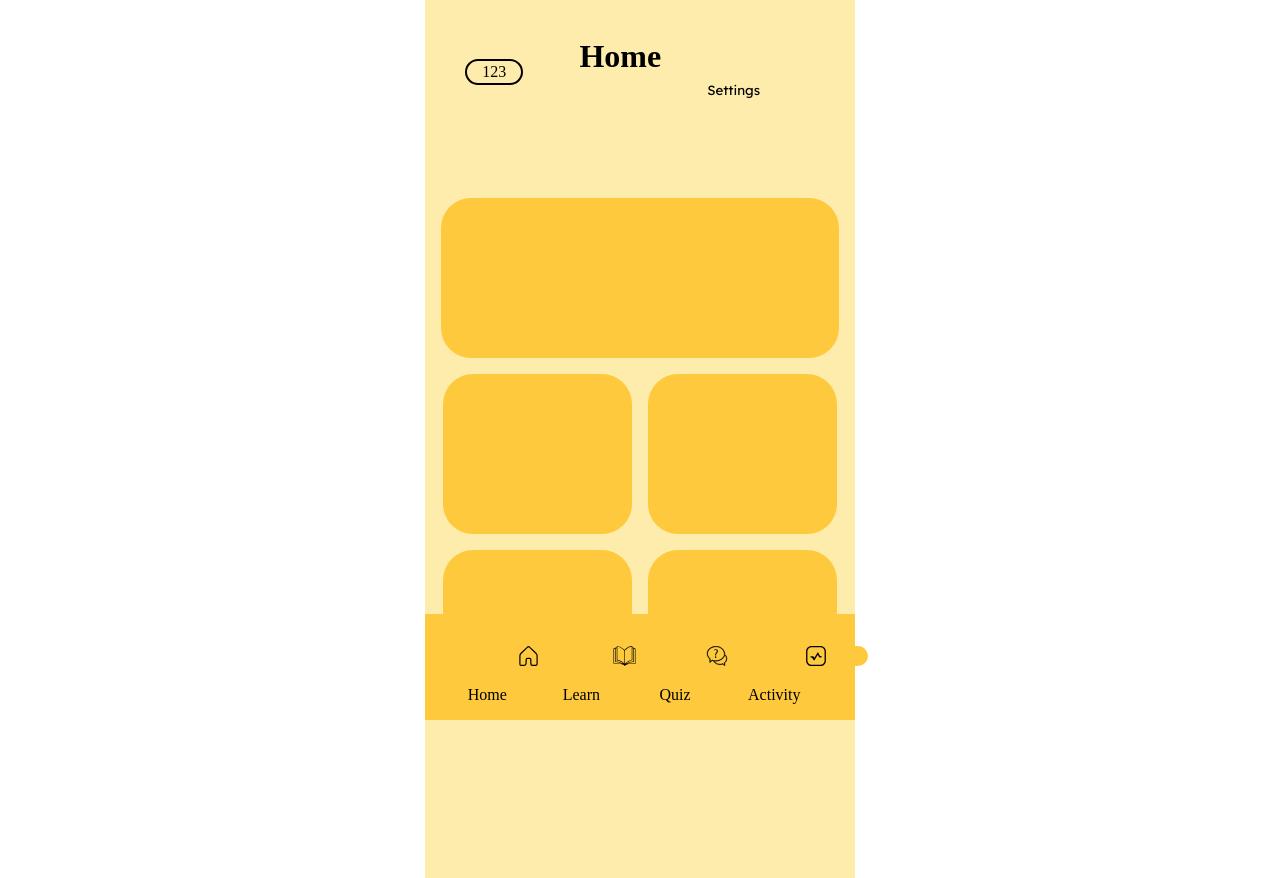
Repository: kellyzyhuang/HiveFive
Page: /
These files come from the project's save history. The page is drawn as it stood at one moment and after the next save; the edit follows.
The browser window is 1280 px wide. The page is 1282 px wide, so the pictures cover 1282 px, including what lies to the right of the window. The pictures show the whole page.
Some web fonts or font styles are not loaded; a fallback is used. The project was rebuilt for these pictures with package versions that can differ from the ones it lists, and the page was loaded fresh each time. The framework's server and built-in components were replaced by stand-ins that run in the browser. Also part of the build but not shown: next.config.js.

Above is the page before, as saved 2024-04-07 23:09:30.

### pages/index.js
import Head from 'next/head'
import Image from 'next/image'
import styles from '@/styles/Home.module.css'
import Header from '@/components/Header';
import NavBar from '@/components/NavBar';
export default function Home() {
  return (
    <>
      <Head>
        <title>Hive Five</title>
        <meta name="description" content="Save the bees one question at a time" />
        <meta name="viewport" content="width=device-width, initial-scale=1" />
        <link rel="icon" href="/favicon.ico" />
        <link rel="preconnect" href="https://fonts.googleapis.com"/>
        <link rel="preconnect" href="https://fonts.gstatic.com" crossorigin/>
        <link href="https://fonts.googleapis.com/css2?family=Besley:ital,wght@0,400..900;1,400..900&family=Lexend:wght@100..900&display=swap" rel="stylesheet"></link>
      </Head>
      <main className={styles.main}>
        <div className={styles.screen}>
          <Header title="Home"/>
          <div className={styles.buffer}></div>
            <img/>
            <div className={styles.activityGraph}></div>
            <div className={styles.gallery}>
              <div className={styles.item}></div>
              <div className={styles.item}></div>
              <div className={styles.item}></div>
              <div className={styles.item}></div>
            </div>
            <NavBar className={styles.nav}/>
        </div>
      </main>
    </>
  )
}

### styles/globals.css
:root {
  --secondary-color: #FEECAC;
  --accent-color: #FFC93D;
  --tertiary-color: #4D6A58;
  --black-text: #0000;
  --incorrect: #851313;
  --correct: #1E3E19;
  --shadow: #D5D1A7;
}

### styles/Home.module.css
.main {
  display: flex;
  justify-content: center;
  background-color: var(--black-text);
  min-height: 100vh;
  margin: -10px;
}

.screen {
  width: 430px;
  height: 100%;
  background-color: var(--secondary-color);
  display: flex;
  justify-content: center;
  flex-wrap: wrap;
}

.buffer{
  height: 10rem;
  width: 100%;
}

.screen img {
  background-color: var(--accent-color);
  width: 100%;
  border-radius: 30px;
  margin: 1rem;
}

.activityGraph {
  width: 100%;
  border-radius: 30px;
  height: 10rem;
  background-color: var(--accent-color);
  margin: 0.5rem 1rem;
}

.gallery {
  display: flex;
  flex-wrap: wrap;
  justify-content: center;
  width: 100%;
  margin-bottom: 10rem;
}

.item {
  width: 44%;
  height: 10rem;
  background-color: var(--accent-color);
  border-radius: 30px;
  margin: 0.5rem;
}

.nav {
  background-color: var(--accent-color);
  height: 9rem;
  width: 430px;
  position: fixed;
  bottom: 0;
  z-index: 1000;
}

### components/Header/index.js
import styles from './Header.module.css';
import Image from 'next/image';
import Link from 'next/link';

export default function Header({ title }) {
  return(
    <header className={styles.header}>
      {/* <Image src="/images/bee.png" alt="bee icon" width={1} height={1}/>  */}
      {/* exit button will be here */}
      <ul className={styles.list}>
        <li className={styles.listItem}>
          <div className={styles.counter}>123</div>
        </li>
        <li className={styles.listItem}>
          <h1 className={styles.pageTitle}>{title}</h1>
        </li>
        <li className={styles.listItem}>
          <button className={styles.settings}><Link href="/Settings"><Image className={styles.settingsImg}/>Settings</Link></button>
        </li>
      </ul>
    </header>
  )
}

### components/NavBar/index.js
import styles from "./NavBar.module.css";
import Link from "next/link";
import Image from "next/image";

export default function NavBar(){
    return(
        <nav className={styles.navBar}>
            <div className={styles.navMenu}>{/* will add */}
            <ul className={styles.navList}>
                <li className={styles.home}>
                    <Link href="/">
                        <div className={styles.iconLabel}>
                            <Image className={styles.navIcon} src={"/images/home_icon.svg"} width={20} height={20}/>
                            <span className={styles.label}>Home</span>
                        </div>
                    </Link>
                </li>
                <li className={styles.learnMore}>
                    <Link href="/">
                        <div className={styles.iconLabel}>
                            <Image className={styles.navIcon} src={"/images/learn_more_icon.svg"} width={20} height={20}/>
                            <span className={styles.label}>Learn</span>
                        </div>
                    </Link>
                </li>
                <li className={styles.quiz}>
                    <Link href={'/Quiz'}>
                        <div className={styles.iconLabel}>
                            <Image className={styles.navIcon} src={"/images/quiz_icon.svg"} width={20} height={20}/>
                            <span className={styles.label}>Quiz</span>
                        </div>
                    </Link>
                </li>
                <li className={styles.activity}>
                    <Link href="/Activity">
                        <div className={styles.iconLabel}>
                            <Image className={styles.navIcon} src={"/images/activity_icon.svg"} width={20} height={20}/>
                            <span className={styles.label}>Activity</span>
                        </div>
                    </Link>
                </li>
            </ul>
            </div>
        </nav>
    )
}

### components/Header/Header.module.css
.header {
  background-color: var(--secondary-color);
  height:7rem;
  width: 430px;
  position: fixed;
  top: 0;
  z-index: 1000;
  display: flex;
}

.list {
  list-style-type: none;
  display: flex;
  justify-content: space-between;
  align-items: center;
}

.pageTitle {
  font-size: 2rem;
  width: 100%;
  transform: translate(-0.5rem);
  font-family: 'Besley', serif;
}

.counter {
  border: 2px solid black;
  width: 3rem;
  height: 1rem;
  padding: 0.2rem;
  margin-right: 4rem;
  border-radius: 20px;
  background-color: none;
  display: flex;
  justify-content: center;
  align-items: center;
  margin-top: 2rem;
}

.settings {
  transform: translate(2rem);
  margin-top: 2rem;
  margin-right: 15rem;
  background-color: inherit;
  border: none;
  font-family: 'Lexend', sans-serif;
}

.settings a{
  color: black;
  text-decoration: none;
}

### components/NavBar/NavBar.module.css
.navBar{
    background-color: var(--accent-color);
    color: var(--black-text);
    width: 430px;
    background-color: var(--accent-color);
    position: fixed;
    bottom: 0;
    z-index: 1000;
    justify-content: center;
    align-items: center;
}

.navIcon {
    width: 2rem;
}

.navList{
   display: flex;
   justify-content: space-around;
}

.label{
    color: black;
}

.activity a, .learnMore a, .quiz a, .home a{
    text-decoration: none;
}

.home, .learnMore, .quiz, .activity{
    display: flex;
    flex-direction: column;
}

Loaded but not shown: pages/_app.js (common file); pages/_document.js (common file)

After the next save:
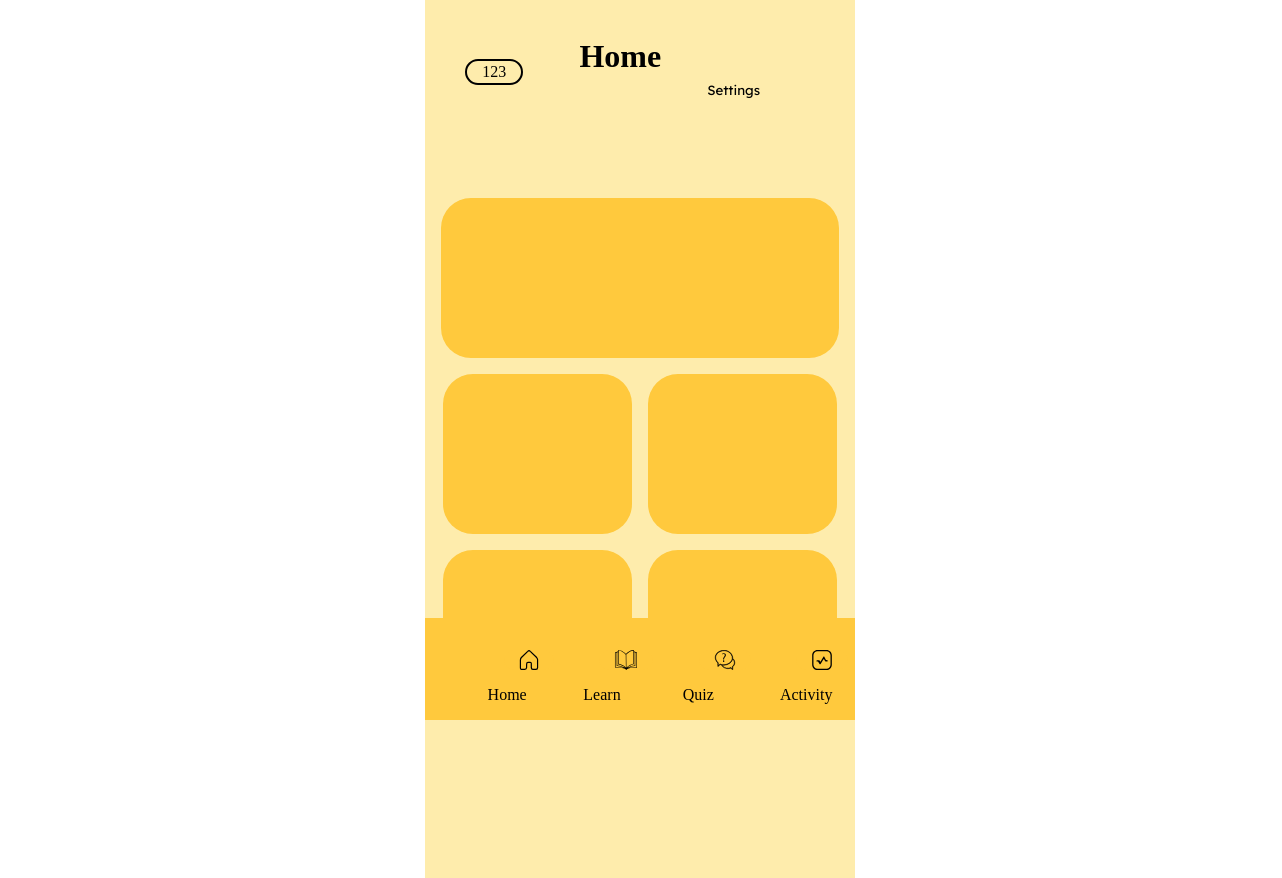
Saved 10 s later.
--- a/components/NavBar/NavBar.module.css
+++ b/components/NavBar/NavBar.module.css
@@ -27,7 +27,7 @@
     text-decoration: none;
 }
 
-.home, .learnMore, .quiz, .activity{
+.iconLabel{
     display: flex;
     flex-direction: column;
 }
